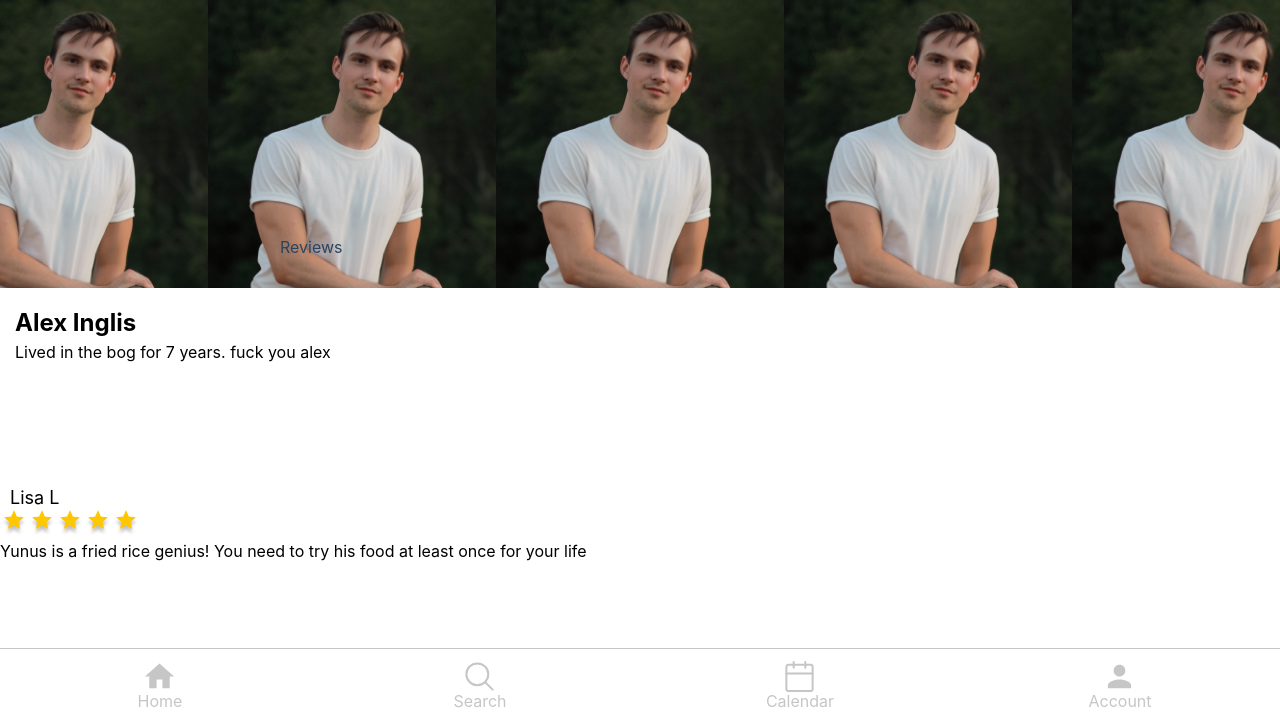
Repository: nguyenlejoe/HomeChef
Page: / (app in app/)
The author's editor kept a copy of each file at every save. The page is drawn from the files as they stood at one save, then again after the next save.
The browser window is 1280 px wide. The pictures show the whole page.
The project was rebuilt for these pictures with package versions that can differ from the ones it lists, and the page was loaded fresh each time. Also part of the build but not shown: app/src/comps/MainButton/index.js, app/src/comps/ActivityPost/index.js.

Above is the page before, as saved 2020-11-07 13:21:10.

### app/src/App.js
import React from 'react';
//import logo from './logo.svg';
//import './App.css';
import Pages from './pages/ChefReview';

function App() {
  return (
    <Pages />
  );
}

export default App;

### app/src/pages/ChefReview.js
import React from 'react';
import './ChefReview.scss'
import NavBarGourmet from '../comps/NavBarGourmet';
import Avatar from '../comps/Avatar';
import RatingContainer from '../comps/ActivityPost';


export default function Home() {
  return<div className="app">
        <div className="CoverImage"></div>
        <div className="ChefDesc">
            <h2>Alex Inglis</h2>
            <p>Lived in the bog for 7 years. fuck you alex</p>
        </div>
        <div className="AvatarBox">
                <Avatar></Avatar>
                <a>Reviews</a>
        </div>
        <div className="ReviewList">
            <div className="ReviewCont">
                <div className="ReviewProfile"><div className="ProfileAvatar"><Avatar></Avatar></div><a>Lisa L</a></div>
                <div className="rating">
                    <div className="stars"><img src='/star.png' /></div>
                    <div className="stars"><img src='/star.png' /></div>
                    <div className="stars"><img src='/star.png' /></div>
                    <div className="stars"><img src='/star.png' /></div>
                    <div className="stars"><img src='/star.png' /></div>
                </div>
                <div>Yunus is a fried rice genius! You need to try his food at least once for your life</div>
            </div>

        </div>

        <div className="Nav">
          <NavBarGourmet
          bgimg = "/Search.png"
          title = "Search"
          btnState = {true}
          orderActive = {true}
          ></NavBarGourmet>
        </div>


    </div>

}

### app/src/pages/ChefReview.scss
.app{
    width: 100vw;
    height:100vh;
    overflow-x: hidden;
}

.CoverImage{
    height: 40%;
    background-image: url("/alex.jpg");
    background-position: center;
    background-size: contain;
}

.ChefDesc{
    height:20%;
    width: 65%;
    margin: 15px;
    p{
        margin-top: -15px;
    }
}


.AvatarBox{
    height:0px;
    position: relative;
    z-index: 1;
    top: -230px;
    left: 270px;
    a{
        margin-left:10px;
        color: #2B445E;
    }
}


.ReviewProfile{
    display: flex;

    a{
        margin: 20px 0 0 10px;
        font-size: 18px;
    }
}

.ProfileAvatar{

}


.rating{
    display: flex;
}



.Nav{
    height: 10%;
    width: 100%;
    position: fixed;
    bottom: 0;
}

### app/src/comps/NavBarGourmet/index.js
import React, {useState} from 'react';
import styled, {css} from 'styled-components';
import Button from '../MainButton';

const NavContainer = styled.div`
display:flex;
height:100%;
width:100%;
background-color:#FFFFFF;
`;

const NavBox = styled.div`
justify-content:space-around;
display:flex;
align-items:center;
position:relative;
width:100%;
height:100%;
border-top: 1px solid #C6C6C6;


`;

const NavButton = styled.div`
    display:flex;
    align-items:center;
    flex-direction:column;
    margin:2px;
    width:15%;
    height:80%;
    text-align:center;

`;

const NavIcon = styled.div`
    margin-top:3px;
    margin-right:2px;
    width:55%;
    height:55%;
    background-size:contain;
    background-repeat: no-repeat;


`;

const NavLabel = styled.div`
    height:20px;
    width:100%;
    color:${props => props.ButtonActive};

`;






const NavBar = ({active, onClickHome, onClickSearch, onClickCalendar, onClickAccount}) => {

const [ButtonActiveVal,SetActive] = useState(active);

    return <NavContainer>
        <NavBox>

            <NavButton onClick={onClickHome}
            ButtonActive = {ButtonActiveVal === 1 ? "#24B574" : "#C6C6C6"}
            >
            <NavIcon>
                <svg width="35" height="35" viewBox="0 0 35 35" fill="none" xmlns="http://www.w3.org/2000/svg">
                    <path d="M14.5834 29.1667V20.4167H20.4167V29.1667H27.7084V17.5H32.0834L17.5001 4.375L2.91675 17.5H7.29175V29.1667H14.5834Z" fill={ButtonActiveVal === 1 ? "#24B574" : "#C6C6C6"}/>
                </svg>
            </NavIcon>
                <NavLabel ButtonActive={ButtonActiveVal === 1 ? "#24B574" : "#C6C6C6"}>Home</NavLabel>
            </NavButton>

            <NavButton
            onClick={onClickSearch}
            // onClick={()=>{
            //     SetActive(active);
            // }}
            ButtonActive = {ButtonActiveVal === 2 ? "#24B574" : "#C6C6C6"}
            >
                <NavIcon>
                    <svg width="35" height="35" viewBox="0 0 35 35" fill="none" xmlns="http://www.w3.org/2000/svg">
                        <path fill-rule="evenodd" clip-rule="evenodd" d="M15.3125 26.25C21.3531 26.25 26.25 21.3531 26.25 15.3125C26.25 9.27189 21.3531 4.375 15.3125 4.375C9.27189 4.375 4.375 9.27189 4.375 15.3125C4.375 21.3531 9.27189 26.25 15.3125 26.25Z" stroke={ButtonActiveVal === 2 ? "#24B574" : "#C6C6C6"} stroke-width="2" stroke-linecap="round" stroke-linejoin="round"/>
                        <path d="M30.625 30.625L23.0416 23.0417" stroke={ButtonActiveVal === 2 ? "#24B574" : "#C6C6C6"}stroke-width="2" stroke-linecap="round" stroke-linejoin="round"/>
                    </svg>
                </NavIcon>
                <NavLabel ButtonActive={ButtonActiveVal === 2 ? "#24B574" : "#C6C6C6"} >Search</NavLabel>
            </NavButton>

            <NavButton
            onClick={onClickCalendar}
            // onClick={()=>{
            //     SetActive(active);
            // }}
            ButtonActive = {ButtonActiveVal === 3 ? "#24B574" : "#C6C6C6"}
            >
                <NavIcon>
                    <svg width="35" height="35" viewBox="0 0 35 35" fill="none" xmlns="http://www.w3.org/2000/svg">
                        <path fill-rule="evenodd" clip-rule="evenodd" d="M4.375 7.83325C4.375 6.72868 5.27043 5.83325 6.375 5.83325H28.625C29.7296 5.83325 30.625 6.72868 30.625 7.83325V30.0833C30.625 31.1878 29.7296 32.0833 28.625 32.0833H6.375C5.27043 32.0833 4.375 31.1878 4.375 30.0833V7.83325Z" stroke={ButtonActiveVal === 3 ? "#24B574" : "#C6C6C6"} stroke-width="2" stroke-linecap="round" stroke-linejoin="round"/>
                        <path d="M23.3333 2.91675V8.75008" stroke={ButtonActiveVal === 3 ? "#24B574" : "#C6C6C6"} stroke-width="2" stroke-linecap="round" stroke-linejoin="round"/>
                        <path d="M11.6667 2.91675V8.75008" stroke={ButtonActiveVal === 3 ? "#24B574" : "#C6C6C6"} stroke-width="2" stroke-linecap="round" stroke-linejoin="round"/>
                        <path d="M4.375 14.5833H30.625" stroke={ButtonActiveVal === 3 ? "#24B574" : "#C6C6C6"} stroke-width="2" stroke-linecap="round" stroke-linejoin="round"/>
                    </svg>
                </NavIcon>
                <NavLabel ButtonActive={ButtonActiveVal === 3 ? "#24B574" : "#C6C6C6"}>Calendar</NavLabel>
            </NavButton>


            <NavButton
            onClick={onClickAccount}
            // onClick={()=>{
            //     SetActive(active);
            // }}
            ButtonActive = {ButtonActiveVal === 4 ? "#24B574" : "#C6C6C6"}
            >
                <NavIcon>
                    <svg width="35" height="35" viewBox="0 0 35 35" fill="none" xmlns="http://www.w3.org/2000/svg">
                        <path d="M17.4999 17.4999C20.7228 17.4999 23.3332 14.8895 23.3332 11.6666C23.3332 8.44367 20.7228 5.83325 17.4999 5.83325C14.277 5.83325 11.6666 8.44367 11.6666 11.6666C11.6666 14.8895 14.277 17.4999 17.4999 17.4999ZM17.4999 20.4166C13.6062 20.4166 5.83325 22.3708 5.83325 26.2499V29.1666H29.1666V26.2499C29.1666 22.3708 21.3937 20.4166 17.4999 20.4166Z" fill={ButtonActiveVal === 4 ? "#24B574" : "#C6C6C6"}/>
                    </svg>
                </NavIcon>
                <NavLabel ButtonActive={ButtonActiveVal === 4 ? "#24B574" : "#C6C6C6"}>Account</NavLabel>
            </NavButton>
        </NavBox>
    </NavContainer>

}

NavBar.defaultProps = {
    title: "label",
    bgimg: "/Home.png",
    orderNum: "0",
    ButtonActive:"black"

}

export default NavBar;

### app/src/comps/Avatar/index.js
import React from 'react';
import styled from 'styled-components';

const AvatarContainer = styled.div`
width:${props=>props.avwidth ? props.avwidth : "0"};
height:${props=>props.avheight ? props.avheight : "0"};
`;

const AvatarImg = styled.div`
min-width:100%;
min-height:100%;
background-image:url(${props=>props.bgimg ? props.bgimg : "none"});
background-size:cover;
border-radius:100px;

`;

const Avatar = ({bgimg, avwidth, avheight}) =>{
    return <AvatarContainer>
        <AvatarImg bgimg={bgimg} avwidth={avwidth} avheight={avheight} ></AvatarImg>
    </AvatarContainer>
}

Avatar.defaultProps = {
    bgimg : "./alex.jpg",
    avwidth : "60px",
    avheight : "60px"
}

export default Avatar;

Loaded but not shown: app/public/index.html (common file); app/src/index.js (common file); app/src/index.css (common file); app/src/serviceWorker.js (common file)

After the next save:
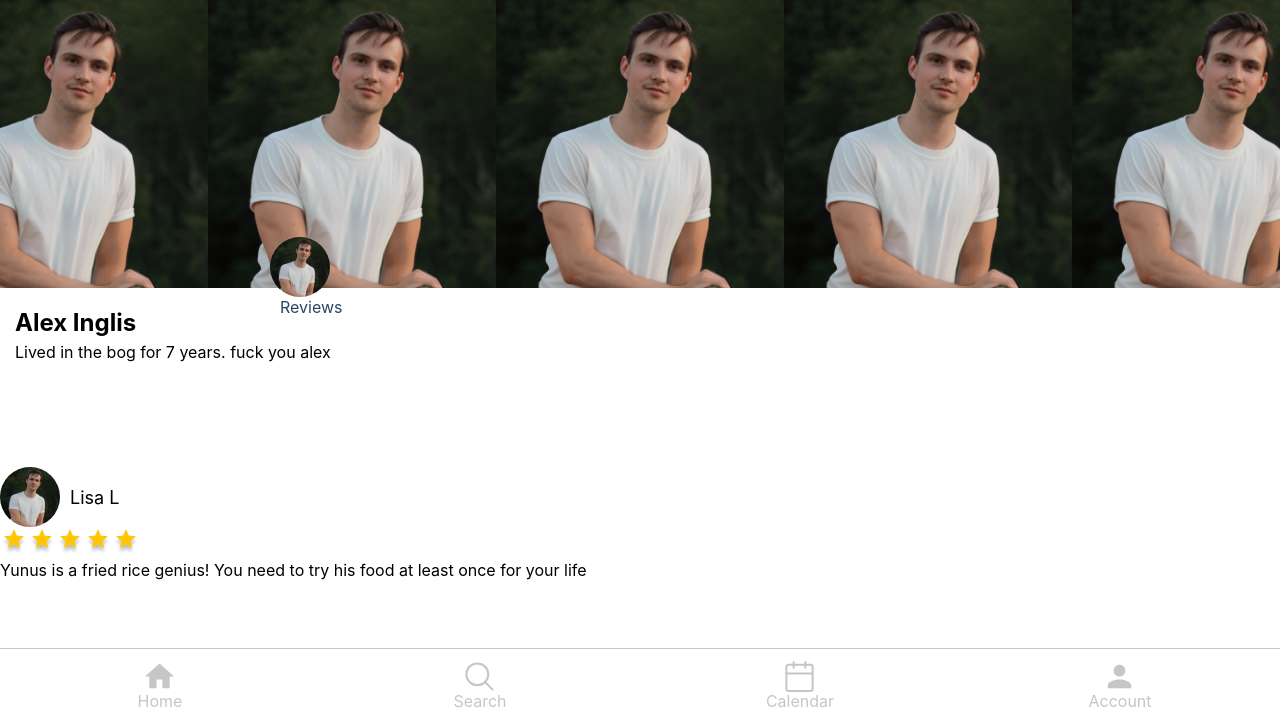
Saved 3 min 17 s later.
--- a/app/src/comps/Avatar/index.js
+++ b/app/src/comps/Avatar/index.js
@@ -2,8 +2,8 @@ import React from 'react';
 import styled from 'styled-components';
 
 const AvatarContainer = styled.div`
-width:${props=>props.avwidth ? props.avwidth : "0"};
-height:${props=>props.avheight ? props.avheight : "0"};
+width:${props =>props.width ? props.width : '60px'};
+height:${props =>props.height ? props.height : '60px'};
 `;
 
 const AvatarImg = styled.div`
@@ -15,16 +15,14 @@ border-radius:100px;
 
 `;
 
-const Avatar = ({bgimg, avwidth, avheight}) =>{
+const Avatar = ({bgimg, width, height}) =>{
     return <AvatarContainer>
-        <AvatarImg bgimg={bgimg} avwidth={avwidth} avheight={avheight} ></AvatarImg>
+        <AvatarImg bgimg={bgimg} height={height} width={width} ></AvatarImg>
     </AvatarContainer>
 }
 
 Avatar.defaultProps = {
     bgimg : "./alex.jpg",
-    avwidth : "60px",
-    avheight : "60px"
 }
 
 export default Avatar;
